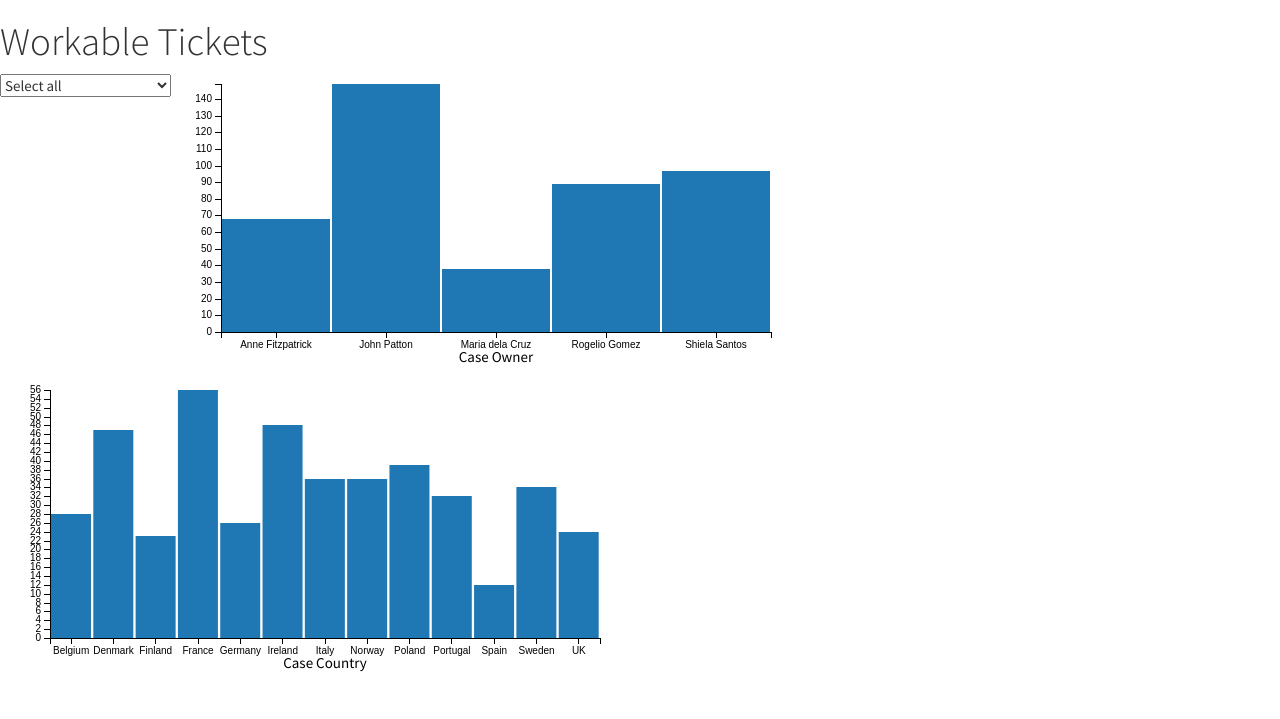
Repository: RChanco/Workable-Tickets-Dashboard
Page: index.html
The author's editor kept a record of every edit. The page is drawn from the files as they stood at one moment, then again after the next edit.
The browser window is 1280 px wide. The pictures show the whole page.

Above is the page before.

After the next edit:
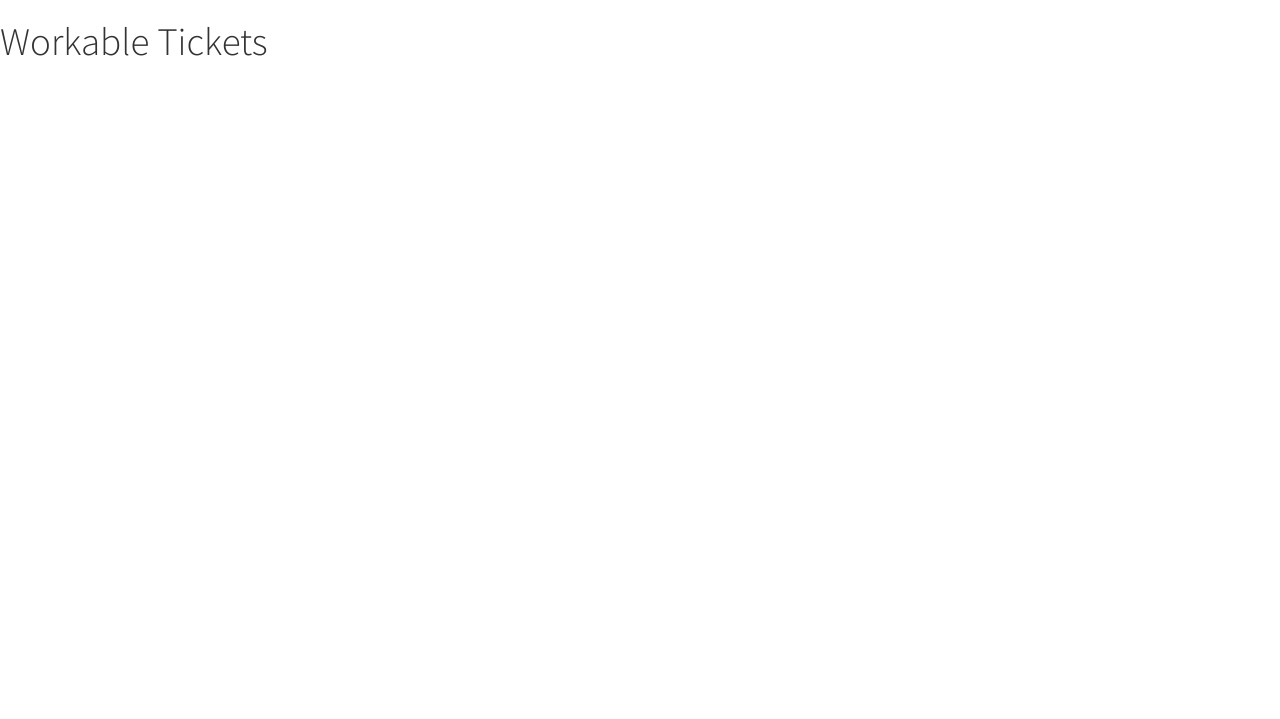
Console error: TypeError: dc.pieChart(...).width(...).height(...).margins is not a function
The edit:
--- a/static/js/graph.js
+++ b/static/js/graph.js
@@ -42,7 +42,7 @@
     var dim = ndx.dimension(dc.pluck('CaseCountry'));
     var group = dim.group();
 
-    dc.barChart("#case-country")
+    dc.pieChart("#case-country")
         .width(650)
         .height(300)
         .margins({top: 10, right: 50, bottom: 30, left: 50})

After the 3 edits that followed:
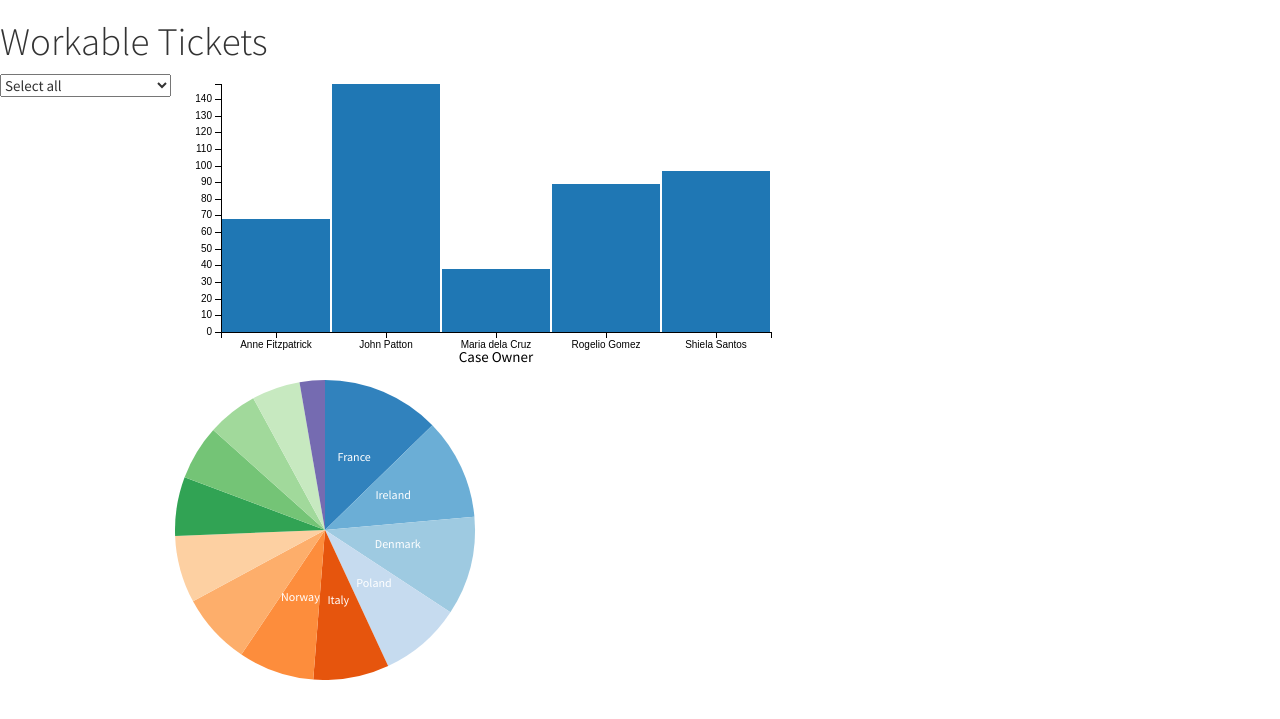
The error is gone.
The 3 edits are shown as one change because 2 left the picture as it was.
The edit:
--- a/static/js/graph.js
+++ b/static/js/graph.js
@@ -45,12 +45,12 @@
     dc.pieChart("#case-country")
         .width(650)
         .height(300)
-        .margins({top: 10, right: 50, bottom: 30, left: 50})
+/*        .margins({top: 10, right: 50, bottom: 30, left: 50})  */
         .dimension(dim)
         .group(group)
         .transitionDuration(500)
-        .x(d3.scale.ordinal())
+/*        .x(d3.scale.ordinal())
         .xUnits(dc.units.ordinal)
         .xAxisLabel("Case Country")
-        .yAxis().ticks(20);
+        .yAxis().ticks(20); */
 }
